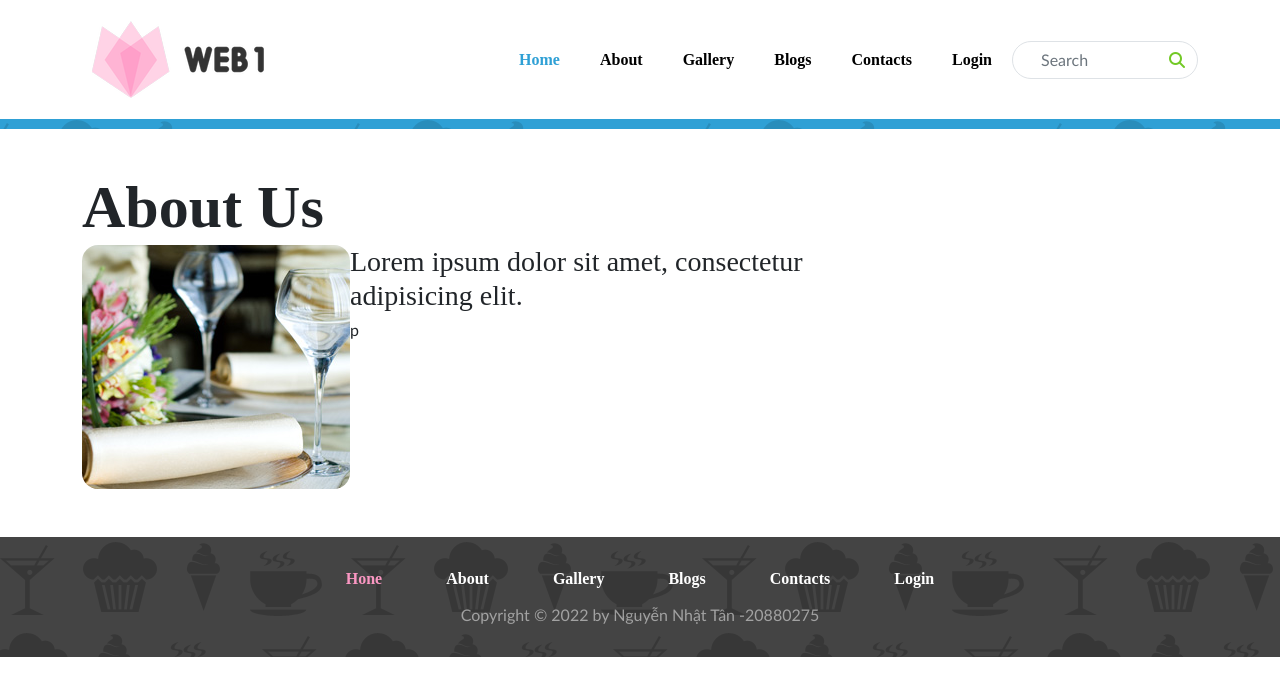
Repository: carembanhkem/web1-20880275
Page: about.html
An editor plug-in stored every save of this project. The page is shown before and after a run of saves, followed by the edit.
The browser window is 1280 px wide. The pictures show the whole page.
Some web fonts or font styles are not loaded; a fallback is used. Some web libraries are served in a nearby version.

Above is the page before, as saved 2023-02-06 11:15:02.
Console error: ReferenceError: bootstrap is not defined

After the next 3 saves:
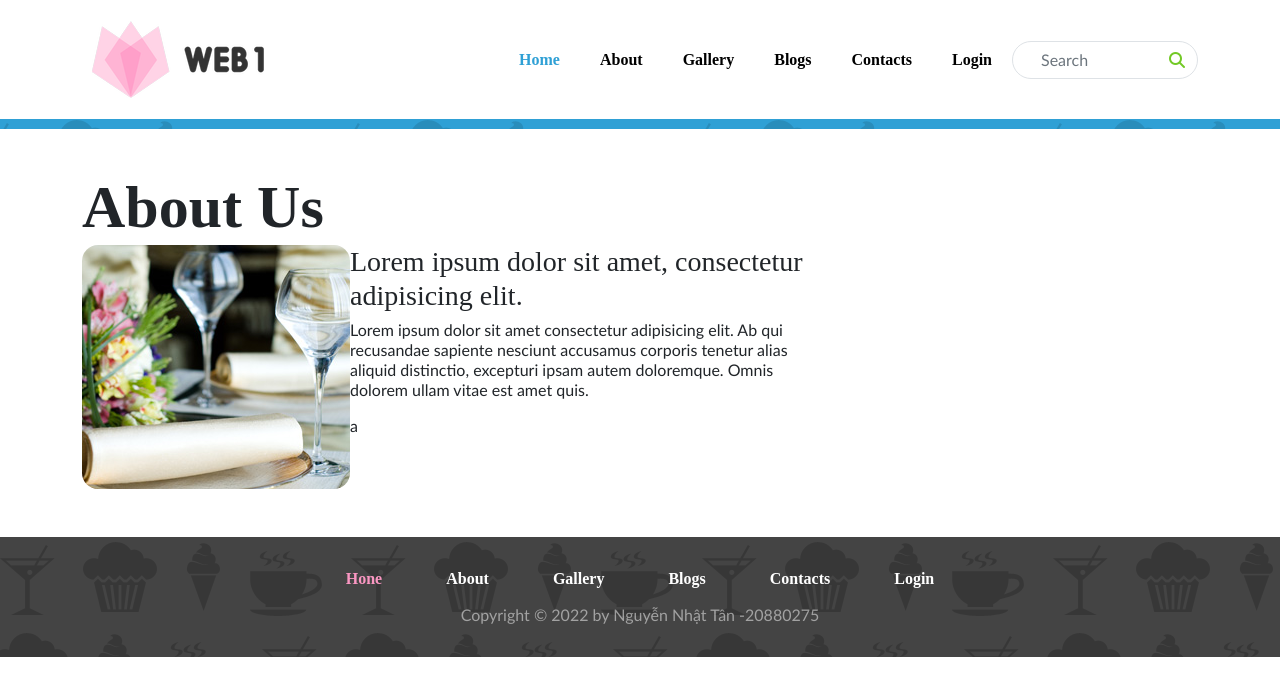
The 3 saves are shown as one change because they came seconds apart.
The last was saved 17 s later.
--- a/about.html
+++ b/about.html
@@ -68,7 +68,8 @@
                 <div>
                     <img src="images/about-1.jpg" alt="About us" class="float-start rounded-4">
                     <h3>Lorem ipsum dolor sit amet, consectetur adipisicing elit.</h3>
-                    p
+                    <p>Lorem ipsum dolor sit amet consectetur adipisicing elit. Ab qui recusandae sapiente nesciunt accusamus corporis tenetur alias aliquid distinctio, excepturi ipsam autem doloremque. Omnis dolorem ullam vitae est amet quis.</p>
+                    a
                 </div>
             </div>
         </div>
